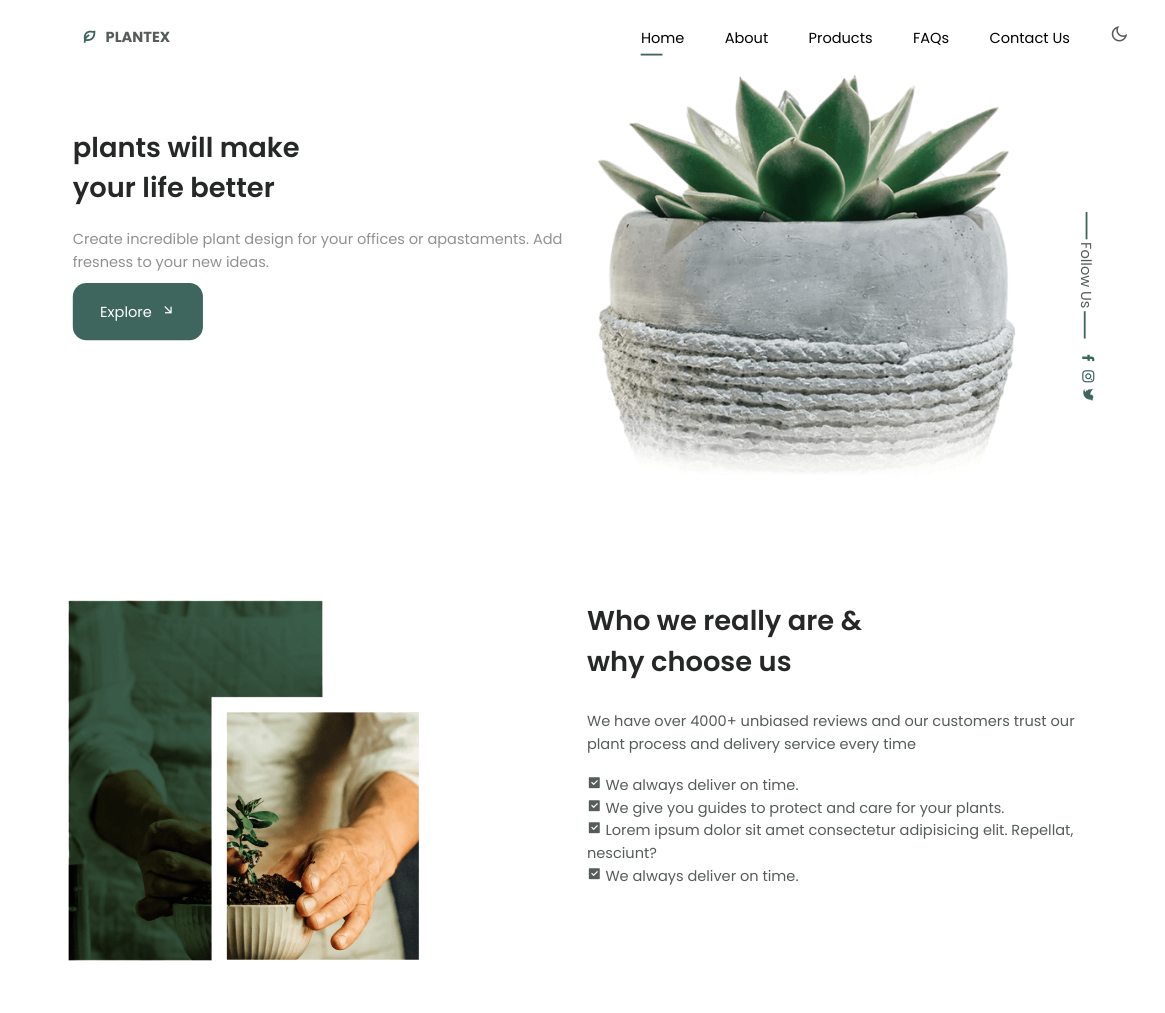
Repository: OmniaRafat232111121/plantwebsite
Page: index.html
An editor plug-in stored every save of this project. The page is shown before and after a run of saves, followed by the edit.
The browser window is 1280 px wide. The pictures show the whole page, at 91% of full size.

Above is the page before, as saved 2023-01-04 23:41:26.

### index.html
<!DOCTYPE html>
<html lang="en">
<head>
    <meta charset="UTF-8">
    <meta http-equiv="X-UA-Compatible" content="IE=edge">
    <meta name="viewport" content="width=device-width, initial-scale=1.0">
    <title>plant-website</title>
      <!--icon web-->
    <link rel="shortcut icon" href="assets/img/favicon.png" type="image/x-icon">
    <!--css style-->
    <link rel="stylesheet" href="./assets/css/styles.css">
    <!--remix icon-->
    <link href="https://cdn.jsdelivr.net/npm/remixicon@2.5.0/fonts/remixicon.css" rel="stylesheet">
</head>
<body>
<!--header-->
<header class="header" id="header">
<div class="container-header">
    <a class="nav_logo">
   <i class="ri-leaf-line nav_logo-icon "></i>Plantex
</a>

<nav class="nav_menu" id="nav_menu">
    <ul class="nav_list" id="nav_list">
        <li class="nav_item" id="nav_item">
                            <a href="#home" class="nav_link active-link">Home</a>
                        </li>
                        <li class="nav__item">
                            <a href="#about" class="nav_link">About</a>
                        </li>
                        <li class="nav__item">
                            <a href="#products" class="nav_link">Products</a>
                        </li>
                        <li class="nav__item">
                            <a href="#faqs" class="nav_link">FAQs</a>
                        </li>
                        <li class="nav__item">
                            <a href="#contact" class="nav_link">Contact Us</a>
                        </li>
                        <li class="mood">
       <i class= "ri-moon-line change-theme" id="theme-button"></i>

    </li>



    </ul>

    <div class="nav-close" id="nav_close">
        <i class="ri-close-line"></i>

    </div>
    <div  class="nav-btns">
   <i class= "ri-moon-line change-theme" id="theme-button"></i>
    <div class="nav-toggle" id="navToggle">
      <i class="ri-menu-line"></i>
    </div>
   </div>
    </div>
</nav>
</div>

</header>


    <!--home start-->
    <section class="home" id="home">
        <div class="home-container">
            <div class="left-content">
                <h1 class="home-title">plants will make <br>
                    your life better</h1>
                <p class="home-des">Create incredible plant design for your offices or apastaments. Add fresness to your new ideas.</p>
              <a>Explore<i class="ri-arrow-right-down-line button__icon"></i></a>
            </div>
            <div class="right-content">
            <img src="./assets/img/home.png" alt=""/>
            <div class=social_icons>
                 <span class="home__social-follow">Follow Us</span>

                        <div class="home__social-links">
                            <a href="https://www.facebook.com/" target="_blank" class="home__social-link">
                                <i class="ri-facebook-fill"></i>
                            </a>
                            <a href="https://www.instagram.com/" target="_blank" class="home__social-link">
                                <i class="ri-instagram-line"></i>
                            </a>
                            <a href="https://twitter.com/" target="_blank" class="home__social-link">
                                <i class="ri-twitter-fill"></i>
                            </a>
                        </div>

            </div>

        </div>

    </section>
 <!--home end-->
 <!--about start-->
 <section class="about" id="about">
    <div class="about-container">
        <div class="left-about">
          <img src="./assets/img/about.png" alt="image-about"/>
        </div>
        <div class="right-about">
            <h2 class="about-title">Who we really are &<br>why choose us</h2>
            <p class="about-desc">We have over 4000+ unbiased reviews and our customers trust our plant process and delivery service every time</p>
             <div class="about-deatails">
                <p class="about-description">
                      <i class="ri-checkbox-fill about__details-icon"></i>
                       We always deliver on time.
                </p>
                 <p class="about-description">
                      <i class="ri-checkbox-fill about__details-icon"></i>
                      We give you guides to protect and care for your plants.
                </p>

                 <p class="about-description">
                      <i class="ri-checkbox-fill about__details-icon"></i>
                       Lorem ipsum dolor sit amet consectetur adipisicing elit. Repellat, nesciunt?
                </p>

                 <p class="about-description">
                      <i class="ri-checkbox-fill about__details-icon"></i>
                       We always deliver on time.
                </p>


             </div>
        </div>

    </div>

 </section>

 <!--about end-->
   <script src="./assets/js/main.js"></script>
</body>
</html>

### assets/css/styles.css
/*=============== GOOGLE FONTS ===============*/
@import url('https://fonts.googleapis.com/css2?family=Poppins:wght@400;500;600;700&display=swap');

/*=============== VARIABLES CSS ===============*/
:root {
  --header-height: 3.5rem; /*56px*/

  /*========== Colors ==========*/
  /*Color mode HSL(hue, saturation, lightness)*/
  --black:#000;
  --green:#3e655e;
  --hue: 152;
  --first-color: hsl(var(--hue), 24%, 32%);
  --first-color-alt: hsl(var(--hue), 24%, 28%);
  --first-color-light: hsl(var(--hue), 24%, 66%);
  --first-color-lighten: hsl(var(--hue), 24%, 92%);
  --title-color: hsl(var(--hue), 4%, 15%);
  --text-color: hsl(var(--hue), 4%, 35%);
  --text-color-light: hsl(var(--hue), 4%, 55%);
  --body-color: hsl(var(--hue), 0%, 100%);
  --container-color: #FFF;

  /*========== Font and typography ==========*/
  /*.5rem = 8px | 1rem = 16px ...*/
  --body-font: 'Poppins', sans-serif;
  --big-font-size: 2rem;
  --h1-font-size: 1.5rem;
  --h2-font-size: 1.25rem;
  --h3-font-size: 1rem;
  --normal-font-size: .938rem;
  --small-font-size: .813rem;
  --smaller-font-size: .75rem;

  /*========== Font weight ==========*/
  --font-medium: 500;
  --font-semi-bold: 600;

  /*========== Margenes Bottom ==========*/
  /*.5rem = 8px | 1rem = 16px ...*/
  --mb-0-5: .5rem;
  --mb-0-75: .75rem;
  --mb-1: 1rem;
  --mb-1-5: 1.5rem;
  --mb-2: 2rem;
  --mb-2-5: 2.5rem;

  /*========== z index ==========*/
  --z-tooltip: 10;
  --z-fixed: 100;
}

/* Responsive typography */
@media screen and (min-width: 968px) {
  :root {
    --big-font-size: 3.5rem;
    --h1-font-size: 2.25rem;
    --h2-font-size: 1.5rem;
    --h3-font-size: 1.25rem;
    --normal-font-size: 1rem;
    --small-font-size: .875rem;
    --smaller-font-size: .813rem;
  }
}

/*=============== BASE ===============*/
*{
  box-sizing: border-box;
  padding: 0;
  margin: 0;
}

html{
  scroll-behavior: smooth;
}

body,
button,
input,
textarea{
  font-family: var(--body-font);
  font-size: var(--normal-font-size);
}

body{
  margin: var(--header-height) 0 0 0;
  background-color: var(--body-color);
  color: var(--text-color);
  transition: .4s; /*For animation dark mode*/
}

button{
  cursor: pointer;
  border: none;
  outline: none;
}

h1,h2,h3{
  color: var(--title-color);
  font-weight: var(--font-semi-bold);
}

ul{
  list-style: none;
}

a{
  text-decoration: none;
}

img{
  max-width: 100%;
  height: auto;
}
/*========== resuable component ==========*/



/*========Header========*/
 header{
  background-color: #fff;
  position: fixed;
  top:0;
  left:0;
  width:100%;
  z-index:1000;
  transition: 0.3s;
}
.container-header{
  display:flex;
  align-items: center;
  justify-content: space-between;
  height:var(--header-height);
  padding:40px;
}
.nav_menu{

}
.nav_logo{
  text-transform: uppercase;
  display:inline-flex;
  align-items: center;
  column-gap: 10px;
  font-weight: bold;
  margin-left: 50px;
  cursor: pointer;
}
.nav_logo:hover{
  color:var(--green);
}
.nav_logo-icon{
   color:var(--green);
}
.nav_logo i:hover{
  color:var(--black);
}
nav ul li {
  display: inline-block;
  cursor: pointer;
  margin-left: 40px;
}
nav ul li a{
  color:var(--black);


}
.nav-btns{
  display: none;
}
.mood{
  margin-left: 40px;
  font-size: 20px;

}

.nav-close
{

  font-size: 1.5rem;
  position: relative;
  top: 70px;
  right: 1.25rem;
  cursor: pointer;
  display: none;


}

.nav-btns{
  font-size: 20px;
  cursor: pointer;
}
.active-link{
  position: relative;
  color: var(--black);
}
.active-link::after{
  content: '';
  position: absolute;
  bottom: -8px;
  left: 0;
  width: 50%;
  height: 2px;
  background-color: var(--green);
}
.nav_link:hover{
 color: var(--green);
 transition: 0.3s;
}
@media screen and (max-width: 767px){
.nav_list{
display: none;
}
.nav_logo{
  margin-left: -10px;
}

.nav-btns{
  display:inline-flex;
  align-items: center;
  column-gap: 20px;
  font-weight: bold;
  margin-right: -10px;
  cursor: pointer;
}

  .show-menu{

     position: fixed;
    background-color:#fff;
    width: 100%;
    height: 50%;
    top: 80px;
    right: 0px;
    transition: .3s;
    z-index: 1000;
    display:grid;
    justify-content: center;
    text-align: center;

 padding: 10px;




  }
  .show-menu {

  }
  .show-menu .mood .ri-moon-line{
    display: none;
  }




}

/*=====home======*/
.home{
  padding: 0 80px;
  position:relative;

}
.home-container{
display:grid;
grid-template-columns: repeat(auto-fit, minmax(250px, 1fr));
grid-gap:30px;
margin-top: 70px;

}
.home-container .left-content{
  margin-top: 70px;
}
.home-container .left-content .home-title{
  font-size: 30px;
}
.home-container .left-content .home-des{
  color:rgb(145, 145, 145);
  margin-top: 20px;
  margin-bottom: 30px;
}
.home-container .left-content a{
  background-color: #3e655e;
  color:#fff;
  padding:20px 30px;
  border-radius: 15px;

}
.home-container .left-content  i{
  margin-left: 10px;
}
.right-content img{
  max-width: 100%;
  width:85%;
  justify-self: center;
}

.social_icons{
  position: absolute;
  top: 220px;
  right: 50px;
  display: grid;
  justify-items: center;
  row-gap: 3.5rem;

}
.home__social-links {
  margin-top: 30px;

}
.home__social-links a{
 color:var(--green);
}
.home__social-links a:hover{
color:var(--black);
}
.home__social-follow{
  position:relative;
  transform: rotate(90deg);
}
.home__social-follow::before{
content: '';
  position: absolute;
  width: 30px;
  height: 2px;
  background-color: var(--green);
  right: -45%;
  top: 50%;
}
.home__social-follow::after{
content: '';
  position: absolute;
  width: 30px;
  height: 2px;
  background-color: var(--green);
  left: -45%;
  bottom: 50%;
}
.home__social-links{
    transform: rotate(90deg);
}
.left-content a:hover{
  background-color:#032922;
  color: #fff;
  cursor: pointer;

}
/*======about=======*/
.about{
  position: relative;
  padding:50px 70px;
}
.about-container{
  display:grid;
grid-template-columns: repeat(auto-fit, minmax(300px, 1fr));
grid-gap:10px;
margin-top: 70px;
}
.about-container .left-about img{
  max-width: 100%;
  width:70%;
}
.about-container .right-about .about-title{
  font-size: 30px;
  margin-bottom: 30px;

}
.about-container .right-about .about-desc{
  margin-bottom:20px;

}
.about-container .about-descriptio{
  margin-bottom: 20px;
}

### assets/js/main.js
let navMenu = document.getElementById('nav_menu');
let navList = document.getElementById('nav_list');
let navItem = document.getElementById('nav ul li');
let closeButton = document.getElementById('nav_close');
let navToggle = document.getElementById('navToggle');
navToggle.addEventListener('click', function () {
    navList.classList.toggle('show-menu');


})
// navMenu.addEventListener('click', function () {
//     navToggle.classList.toggle('show-menu');


// })

After the next 3 saves:
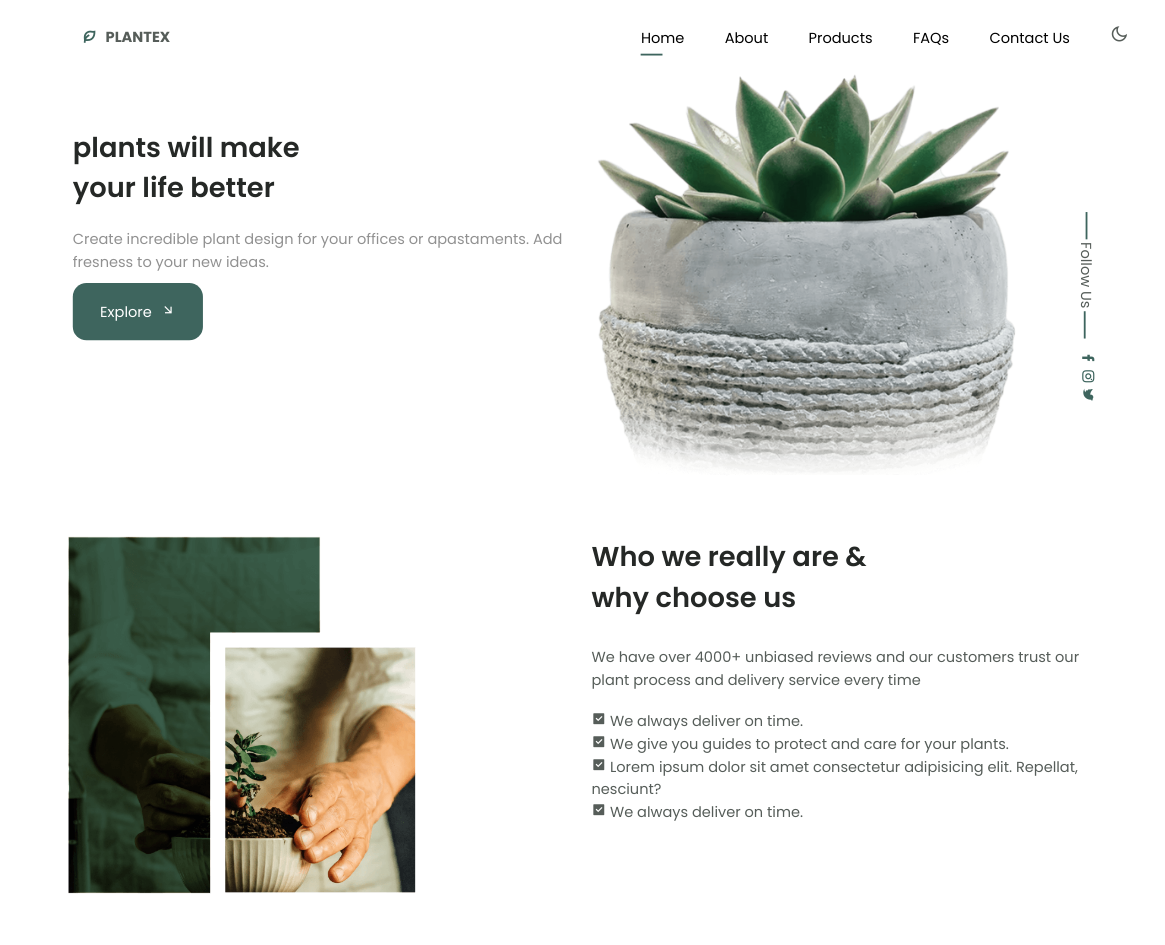
The 3 saves are shown as one change because they came seconds apart.
The last was saved 10 s later.
--- a/assets/css/styles.css
+++ b/assets/css/styles.css
@@ -353,8 +353,8 @@ content: '';
 .about-container{
   display:grid;
 grid-template-columns: repeat(auto-fit, minmax(300px, 1fr));
-grid-gap:10px;
-margin-top: 70px;
+grid-gap:20px;
+
 }
 .about-container .left-about img{
   max-width: 100%;
